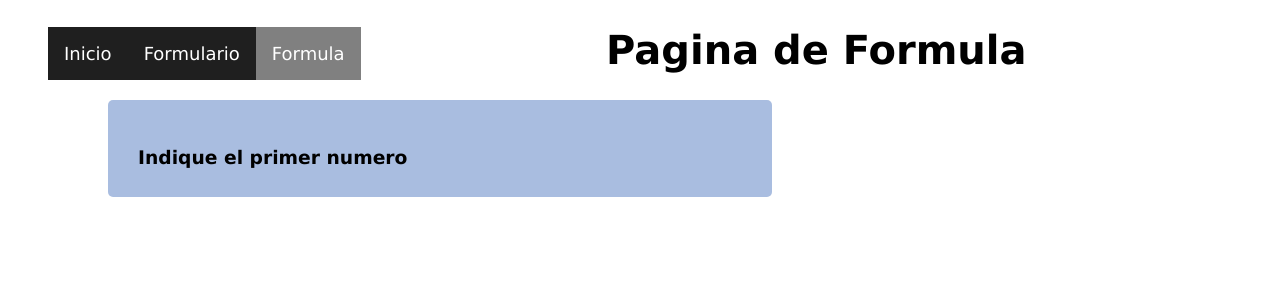
Repository: misterySnow94/tutoriales
Page: pagina basica/formula.html
These files come from the project's save history. The page is drawn as it stood at one moment and after the next save; the edit follows.
The browser window is 1280 px wide. The pictures show the whole page.

Above is the page before, as saved 2019-11-04 00:33:03.

### pagina basica/formula.html
<!DOCTYPE html>
<html lang="en">
<head>
    <meta charset="UTF-8">
    <meta name="viewport" content="width=device-width, initial-scale=1.0">
    <meta http-equiv="X-UA-Compatible" content="ie=edge">
    <title>inicio</title>
    <link rel="stylesheet" href="css/style.css">
</head>
<body>
    <nav>
        <ul>
            <li><a href="index.html"> Inicio </a></li>
            <li><a href="formulario.html">Formulario</a></li>
            <li class="active"><a href="formula.html">Formula</a></li>
        </ul>
    </nav>

    <div class="contenido">
        <h1>Pagina de Formula</h1>

        <form action="">
            <label for="numero_1">
                <h3>Indique el primer numero</h3>
            </label>

        </form>
    </div>
</body>
</html>

### pagina basica/css/style.css
body{
    font-family: 'Lucida Sans', 'Lucida Sans Regular', 'Lucida Grande', 'Lucida Sans Unicode', Geneva, Verdana, sans-serif;
}

li{
    float: left;
    list-style: none;
    padding: 16px;
    background-color: rgb(31, 31, 31);
}

.active{
    background-color: gray;
}

li:hover{
    background-color: gray;
}

a{
    color: white;
    text-decoration: none;
    font-size: 18px;
}

h1{
    text-align: center;
    font-size: 40px;
}

form{
    margin-left: 100px;
    margin-right: 500px;
    background-color: rgb(169, 189, 224);
    border-radius: 5px;
    padding: 10px;
}

label, input, h3 , select{
    margin-left: 20px;
}

input, select{
    margin-left: 50px;
    border-radius: 5px;
    height: 30px;
    font-family: 'Lucida Sans', 'Lucida Sans Regular', 'Lucida Grande', 'Lucida Sans Unicode', Geneva, Verdana, sans-serif;
    background-color: cornsilk;
}

button{
    background-color: blueviolet;
    height: 50px;
    width: 300px;
    border:none;
    border-radius: 5px;
    font-family: 'Lucida Sans', 'Lucida Sans Regular', 'Lucida Grande', 'Lucida Sans Unicode', Geneva, Verdana, sans-serif;
    font-size: 30px;
    color:white;
    margin-left: 25%;
}

button:hover{
    background-color: rgb(190, 140, 236);
    color:black;
}

.radio{
    width: 20px;
    height: 20px;
}

After the next save:
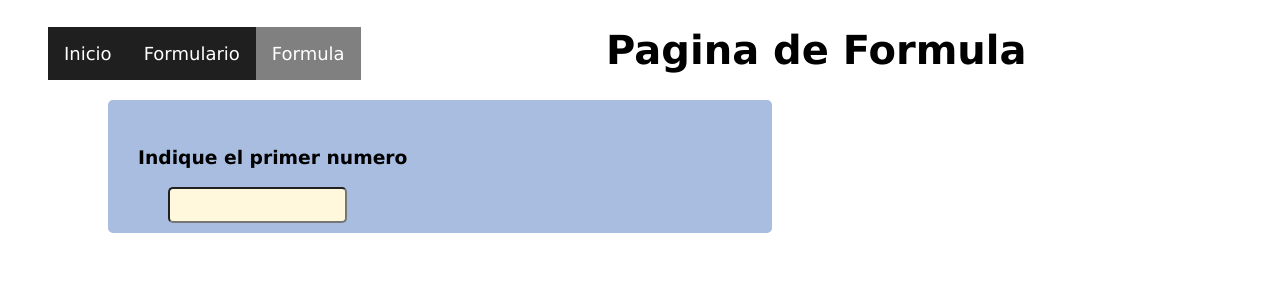
Saved 6 s later.
--- a/pagina basica/formula.html
+++ b/pagina basica/formula.html
@@ -22,6 +22,7 @@
         <form action="">
             <label for="numero_1">
                 <h3>Indique el primer numero</h3>
+                <input type="number">
             </label>
 
         </form>
